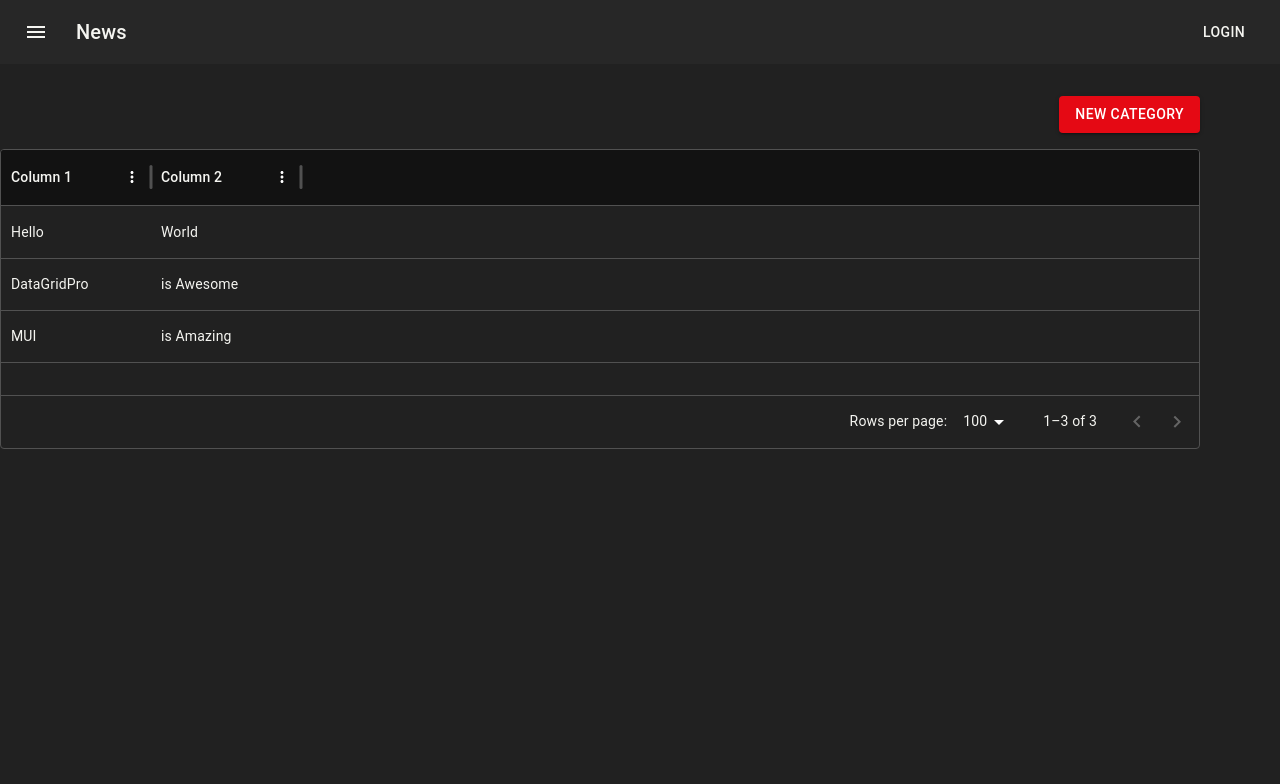
Repository: brunogyn88/codeflix-frontend
Page: /
These files come from the project's save history. The page is drawn as it stood at one moment and after the next save; the edit follows.
The browser window is 1280 px wide. The pictures show the whole page.
The project was rebuilt for these pictures with package versions that can differ from the ones it lists, and the page was loaded fresh each time. The framework's server and built-in components were replaced by stand-ins that run in the browser. Also part of the build but not shown: next.config.mjs.

Above is the page before, as saved 2023-08-30 22:15:03.

After the next save:
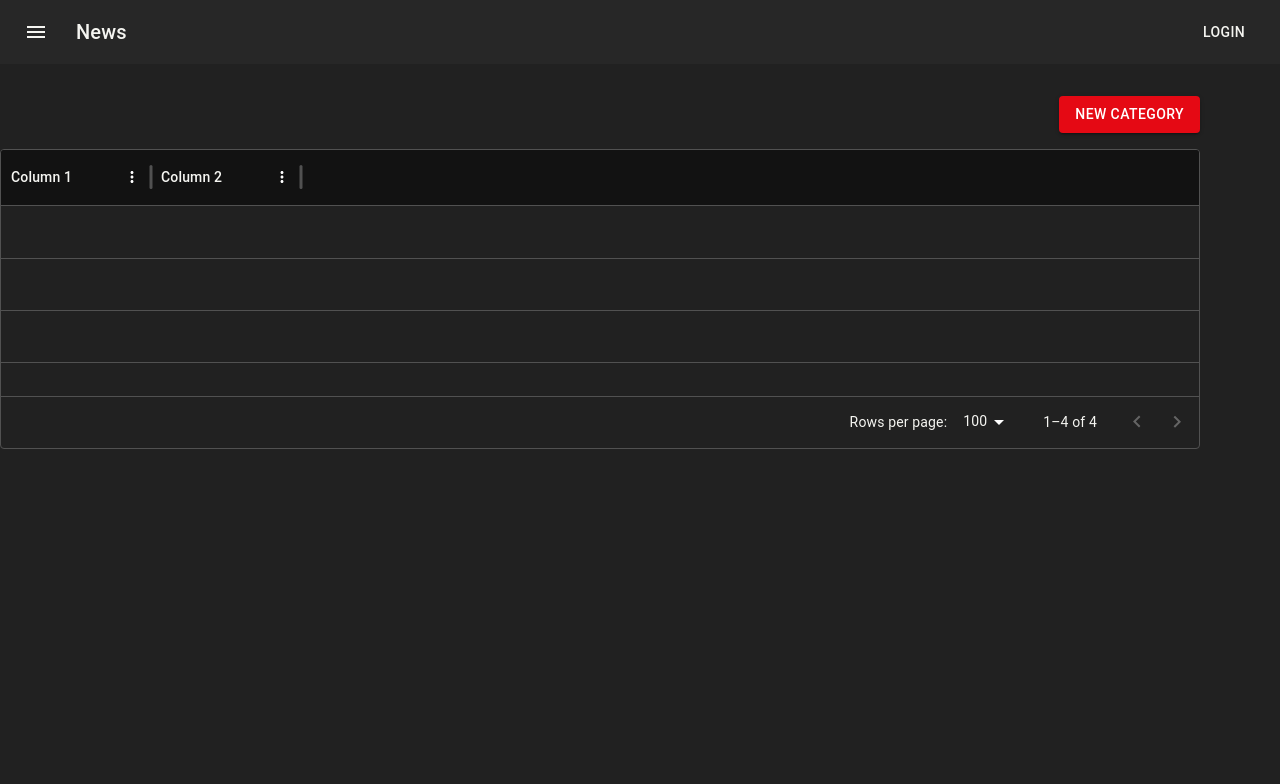
Saved 3 min 26 s later.
--- a/app/categories/page.tsx
+++ b/app/categories/page.tsx
@@ -7,11 +7,11 @@ import { DataGrid, GridColDef, GridRowsProp } from "@mui/x-data-grid";
 export default function CategoryList() {
   const categories = useSelector(selectCategories);
 
-  const rows: GridRowsProp = [
-    { id: 1, col1: "Hello", col2: "World" },
-    { id: 2, col1: "DataGridPro", col2: "is Awesome" },
-    { id: 3, col1: "MUI", col2: "is Amazing" },
-  ];
+  const rows: GridRowsProp = categories.map((category) => ({
+    id: category.id,
+    name: category.name,
+    description: category.description,
+  }));
 
   const columns: GridColDef[] = [
     { field: "col1", headerName: "Column 1", width: 150 },
